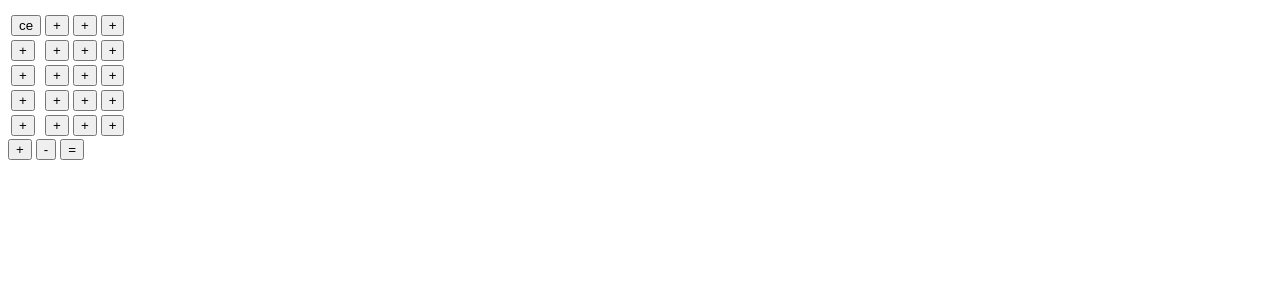
Repository: Dabee-ee/JAVA-lesson2
Page: Personal/JSPPrj/WebContent/calc3.html
The author's editor kept a copy of each file at every save. The page is drawn from the files as they stood at one save, then again after the next save.
The browser window is 1280 px wide. The pictures show the whole page.

Above is the page before, as saved 2021-03-13 06:27:09.

After the next save:
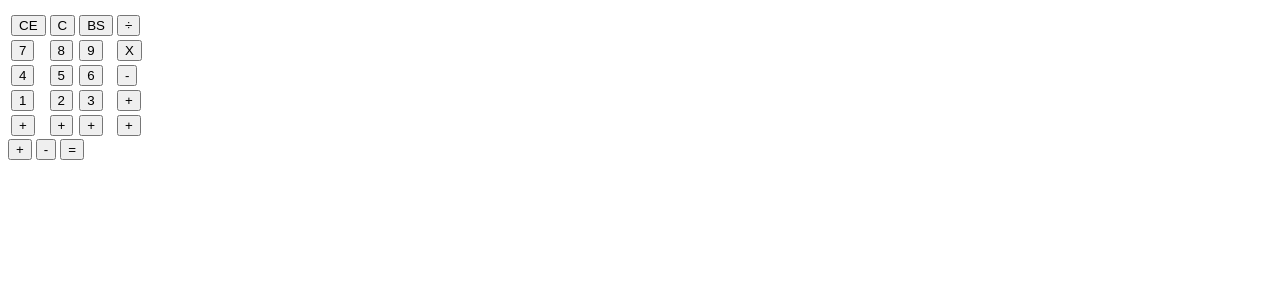
Saved 65 s later.
--- a/Personal/JSPPrj/WebContent/calc3.html
+++ b/Personal/JSPPrj/WebContent/calc3.html
@@ -13,27 +13,27 @@
 					<td ></td>
 				</tr>
 								<tr>
-					<td><input type="submit" name="operator" value="ce" /></td>
-					<td><input type="submit" name="operator" value="+" /></td>
-					<td><input type="submit" name="operator" value="+" /></td>
-					<td><input type="submit" name="operator" value="+" /></td>
+					<td><input type="submit" name="operator" value="CE" /></td>
+					<td><input type="submit" name="operator" value="C" /></td>
+					<td><input type="submit" name="operator" value="BS" /></td>
+					<td><input type="submit" name="operator" value="÷" /></td>
 				</tr>
 								<tr>
-					<td><input type="submit" name="operator" value="+" /></td>
-					<td><input type="submit" name="operator" value="+" /></td>
-					<td><input type="submit" name="operator" value="+" /></td>
-					<td><input type="submit" name="operator" value="+" /></td>
+					<td><input type="submit" name="operator" value="7" /></td>
+					<td><input type="submit" name="operator" value="8" /></td>
+					<td><input type="submit" name="operator" value="9" /></td>
+					<td><input type="submit" name="operator" value="X" /></td>
 				</tr>
 								<tr>
-					<td><input type="submit" name="operator" value="+" /></td>
-					<td><input type="submit" name="operator" value="+" /></td>
-					<td><input type="submit" name="operator" value="+" /></td>
-					<td><input type="submit" name="operator" value="+" /></td>
+					<td><input type="submit" name="operator" value="4" /></td>
+					<td><input type="submit" name="operator" value="5" /></td>
+					<td><input type="submit" name="operator" value="6" /></td>
+					<td><input type="submit" name="operator" value="-" /></td>
 				</tr>
 								<tr>
-					<td><input type="submit" name="operator" value="+" /></td>
-					<td><input type="submit" name="operator" value="+" /></td>
-					<td><input type="submit" name="operator" value="+" /></td>
+					<td><input type="submit" name="operator" value="1" /></td>
+					<td><input type="submit" name="operator" value="2" /></td>
+					<td><input type="submit" name="operator" value="3" /></td>
 					<td><input type="submit" name="operator" value="+" /></td>
 				</tr>
 								<tr>
